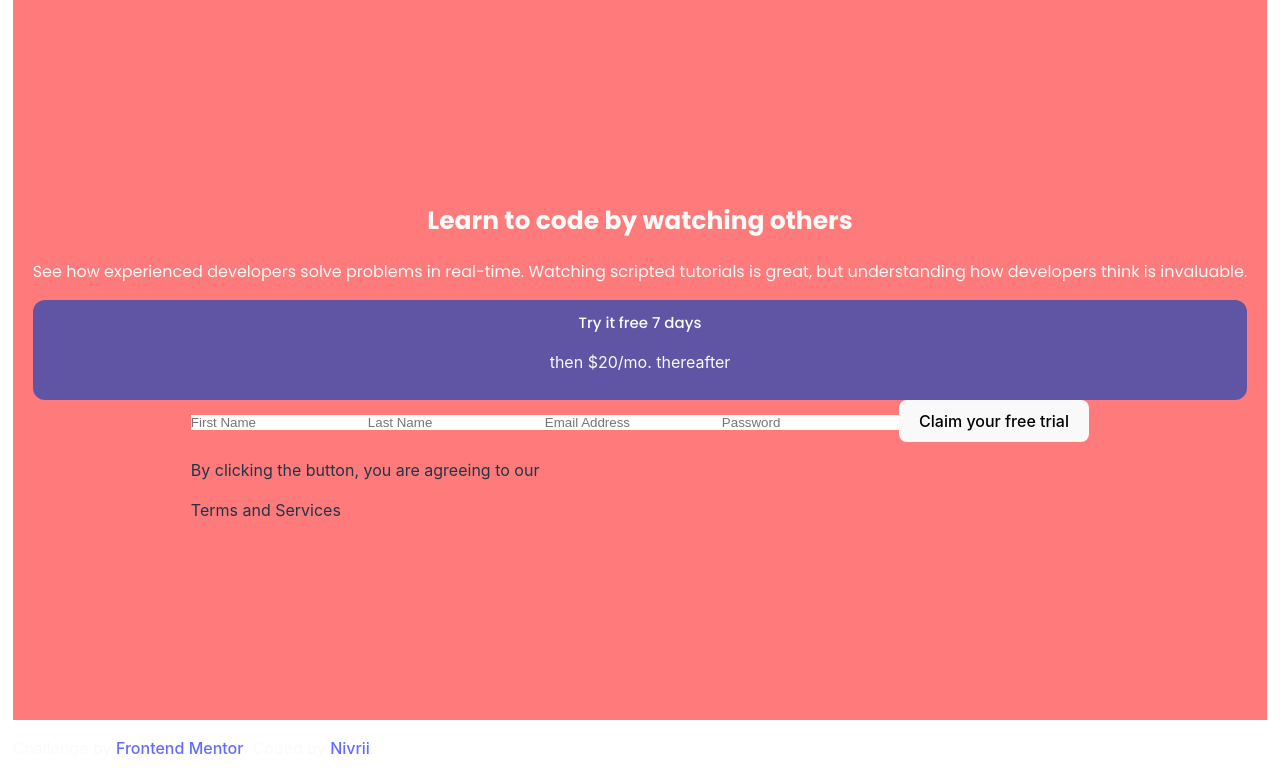
Repository: nivrii/intro-component-with-signup
Page: /
An editor plug-in stored every save of this project. The page is shown before and after the next save, followed by the edit.
The browser window is 1280 px wide. The pictures show the whole page.
The project was rebuilt for these pictures with package versions that can differ from the ones it lists, and the page was loaded fresh each time. Also part of the build but not shown: vite.config.js.

Above is the page before, as saved 2023-10-11 17:53:21.

### src/App.jsx
import { Footer } from './Footer/Footer';
import { Form } from './Form/Form';
import { Card } from './Card/Card';
import { Content } from './Content/Content';
import "./App.css";

function App() {

  return (
    <>
      <div className="container">
        <Content     />
        <Card     />
        <Form     />
      </div>
      <Footer    />
    </>
  );
}

export default App;

### src/Footer/Footer.jsx
import "./Footer.css";
export function Footer() {
  const coder = "Nivrii";
  return (
    <footer>
      <p className="attribution">
        Challenge by{" "}
        <a
          href="https://www.frontendmentor.io?ref=challenge"
          target="_blank"
          rel="noreferrer"
        >
          Frontend Mentor
        </a>
        . Coded by{" "}
        <a href="https://github.com/Nivrii/intro-component-with-signup">
          {coder}
        </a>
        .
      </p>
    </footer>
  );
}

### src/Form/Form.jsx
export function Form() {
  return <form action="submit">
          <input type="text" placeholder="First Name" />
          <input type="text" placeholder="Last Name" />
          <input type="email" placeholder="Email Address" />
          <input type="password" placeholder="Password" />
          <button type="submit">Claim your free trial</button>
          <p>By clicking the button, you are agreeing to our</p>
          <p>Terms and Services</p>
        </form>;
}

### src/Card/Card.jsx
import "./Card.css";
export function Card() {
  return (
      <div className="card__content">
        <h4>Try it free 7 days</h4>
        <p>then $20/mo. thereafter</p>
      </div>
  );
}

### src/Content/Content.jsx
import "./Content.css";
export function Content() {
  return (
    <div className="content">
      <h4>Learn to code by watching others</h4>
      <p>
        See how experienced developers solve problems in real-time. Watching
        scripted tutorials is great, but understanding how developers think is
        invaluable.
      </p>
    </div>
  );
}

### src/App.css
*{
  box-sizing: border-box;
  border: 0;
  padding: 0;
}
:root{
  /*Primary colors*/
  --red:hsl(0, 100%, 74%);
  --green: hsl(154, 59%, 51%);
  /*Accent colors*/
  --blue: hsl(248, 32%, 49%);
  --white:#FAFAF9;
  /*Neutral colors*/
  --dark-blue: hsl(249, 10%, 26%);
  --grayish-blue: hsl(246, 25%, 77%);
  /*typography*/
  --fSize: 16px;
  --w4: 400;
  --w5: 500;
  --w6: 600;
  --w7: 700;
}
@font-face {
  font-family: "Poppins-bold";
  src: url(./assets/Fonts/poppins/Poppins-Bold.otf) format("opentype");
}
@font-face {
  font-family: "Poppins-regular";
  src: url(./assets/Fonts/poppins/Poppins-Regular.otf) format("opentype");
}
@font-face {
  font-family: "Poppins-medium";
  src: url(./assets/Fonts/poppins/Poppins-Medium.otf) format("opentype");
}
@font-face {
  font-family: "Poppins-light";
  src: url(./assets/Fonts/poppins/Poppins-Light.otf) format("opentype");
}
body{
  display: flex;
  flex-direction: column;
}
.container{
  display: flex;
  flex-direction: column;
  align-items: center;
  justify-content: center;
  height: 100vh;
  width: 100%;
  background-color: var(--red);
  padding: 20px;
}

### src/Footer/Footer.css
@import url(../App.css);

.attribution{
    color: var(--white);
}

### src/Card/Card.css
@import url(../App.css);

.card__content{
    width: 100%;
    background-color: var(--blue);
    border-radius: 12px;
    padding: 10px;
    & *{
        color: var(--white);
        text-align: center;
    }& h4{
        font-size: 15px;
        font-family: 'Poppins-medium', sans-serif;
        margin:2px;
    }
}

### src/Content/Content.css
@import url(../App.css);

.content {
  & * {
    color: var(--white);
    text-align: center;
  }
  & h4 {
    font-size: 25px;
    margin: 20px;
    font-family: 'Poppins-bold', sans-serif;
  }
  & p {
    font-size: var(--fSize);
    font-family: 'Poppins-regular', sans-serif;
  }
}

Loaded but not shown: index.html (common file); src/main.jsx (common file); src/index.css (common file)

After the next save:
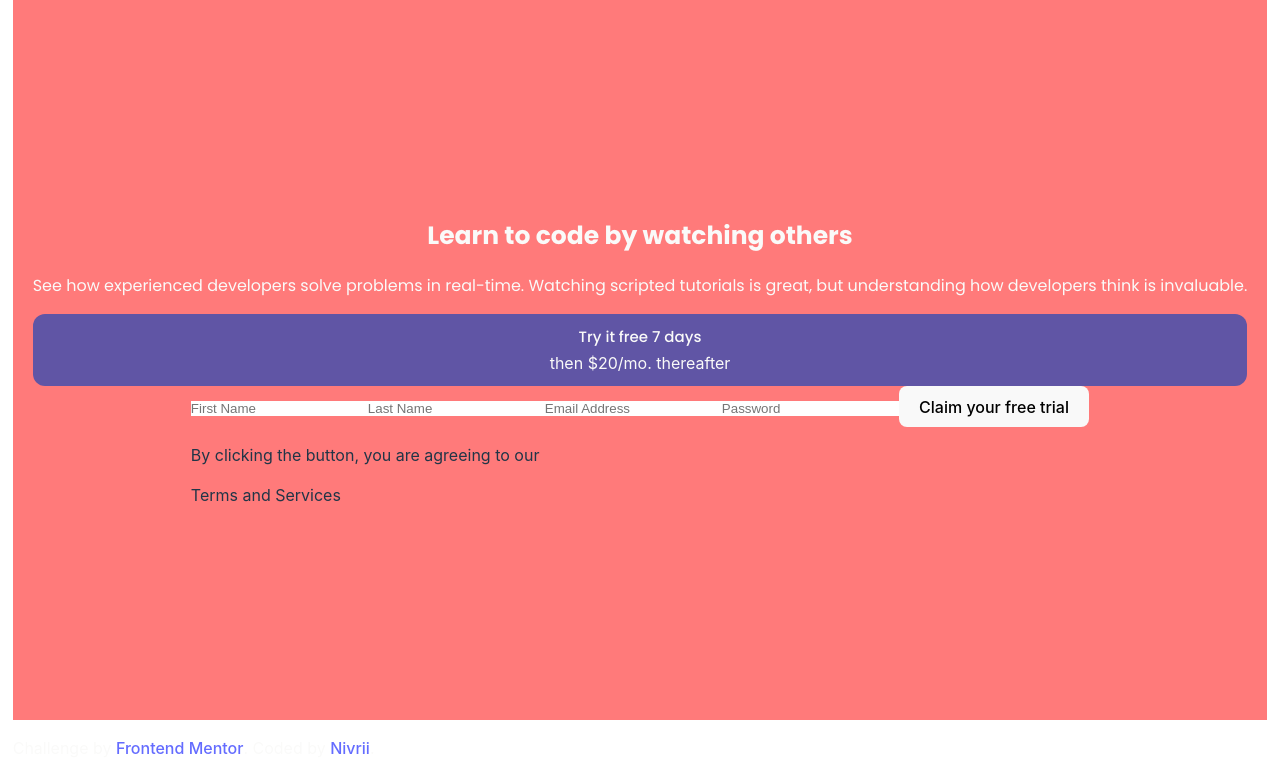
Saved 11 s later.
--- a/src/Card/Card.css
+++ b/src/Card/Card.css
@@ -8,6 +8,7 @@
     & *{
         color: var(--white);
         text-align: center;
+        margin: 1px;
     }& h4{
         font-size: 15px;
         font-family: 'Poppins-medium', sans-serif;
